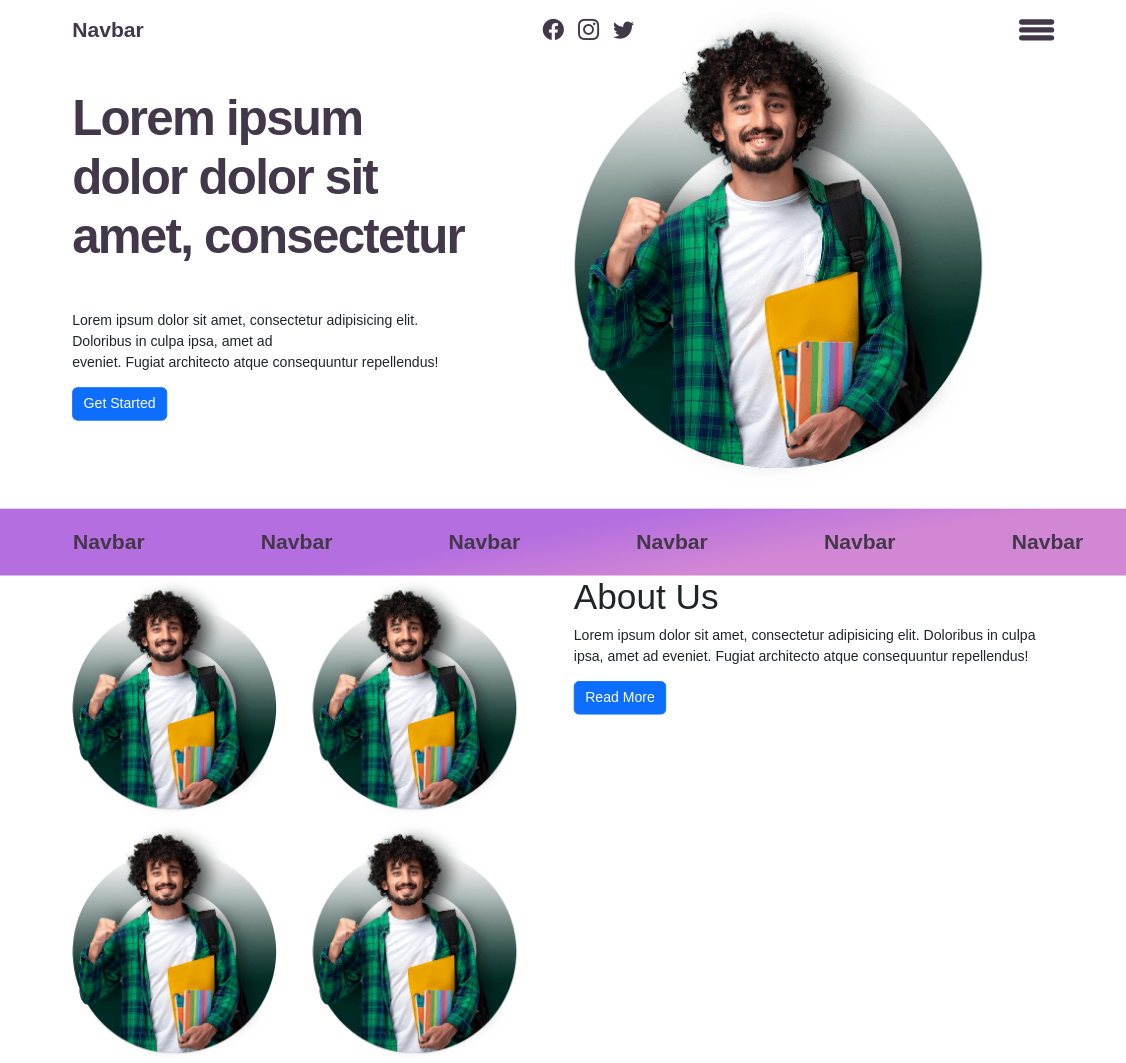
Repository: tagnam/project27012025
Page: index.html
These files come from the project's save history. The page is drawn as it stood at one moment and after the next save; the edit follows.
The browser window is 1280 px wide. The pictures show the whole page, at 88% of full size.

Above is the page before, as saved 2025-01-27 16:19:40.

After the next save:
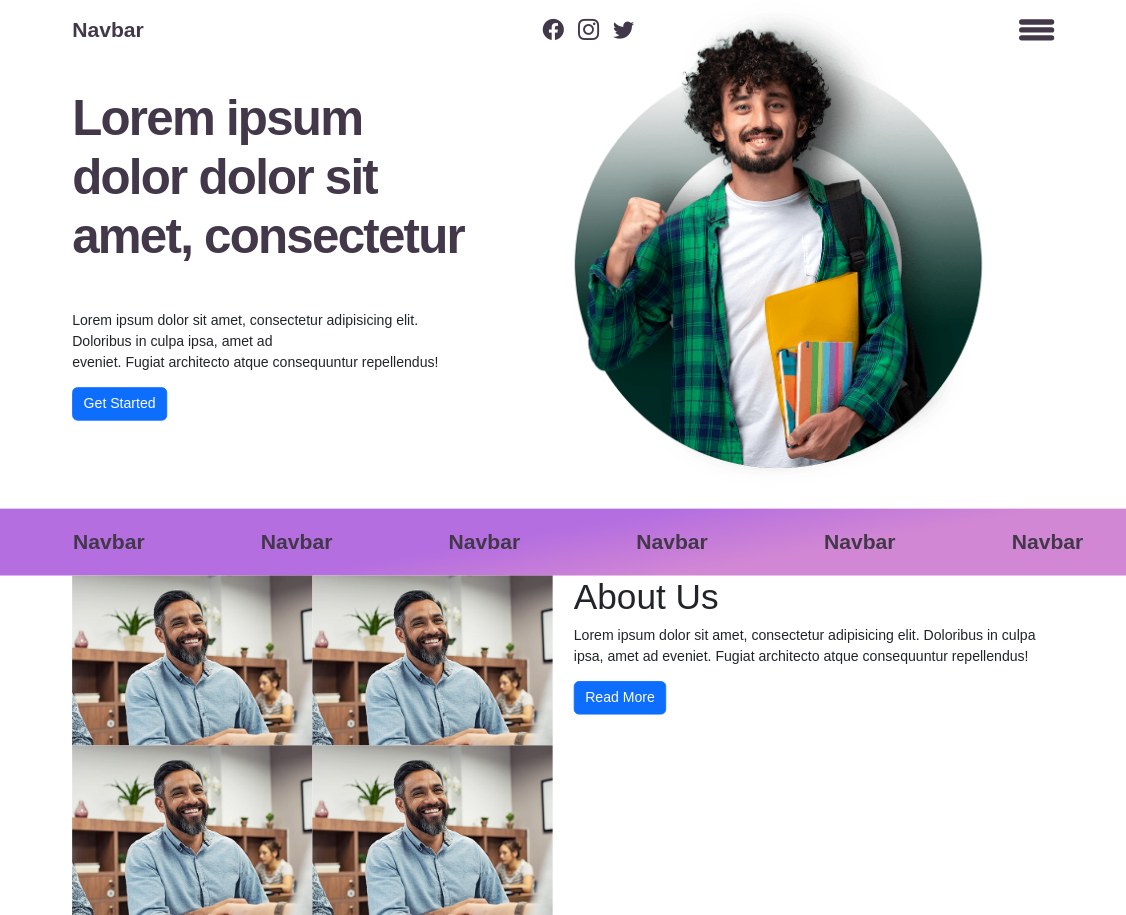
Saved 46 s later.
--- a/index.html
+++ b/index.html
@@ -133,22 +133,22 @@
                 <div class="row row-cols-1 row-cols-md-2 g-0">
                     <div class="col">
                         <div class="img">
-                            <img src="image/hero-banner-01.webp" class="w-100" alt="">
+                            <img src="image/elearning-08.jpg" class="w-100" alt="">
                         </div>
                     </div>
                     <div class="col">
                         <div class="img">
-                            <img src="image/hero-banner-01.webp" class="w-100" alt="">
+                            <img src="image/elearning-08.jpg" class="w-100" alt="">
                         </div>
                     </div>
                     <div class="col">
                         <div class="img">
-                            <img src="image/hero-banner-01.webp" class="w-100" alt="">
+                            <img src="image/elearning-08.jpg" class="w-100" alt="">
                         </div>
                     </div>
                     <div class="col">
                         <div class="img">
-                            <img src="image/hero-banner-01.webp" class="w-100" alt="">
+                            <img src="image/elearning-08.jpg" class="w-100" alt="">
                         </div>
                     </div>
                 </div>
